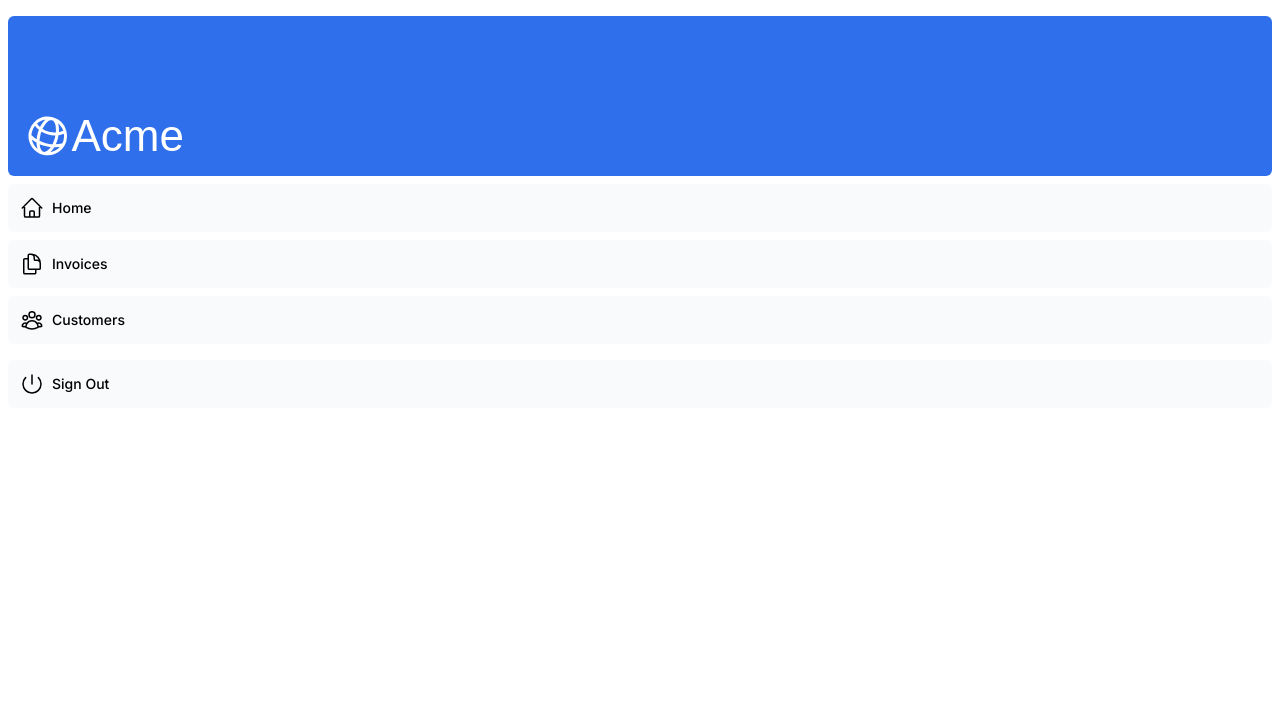
Repository: BhushanPatil-121/dashboard-nextjs
Page: /dashboard/invoices
These files come from the project's save history. The page is drawn as it stood at one moment and after a run of saves; the edit follows.
The browser window is 1280 px wide. The pictures show the whole page.
Some web fonts or font styles are not loaded; a fallback is used. The project was rebuilt for these pictures with package versions that can differ from the ones it lists, and the page was loaded fresh each time. The framework's server and built-in components were replaced by stand-ins that run in the browser. Also part of the build but not shown: next.config.js.

Above is the page before, as saved 2024-02-20 12:50:43.

After the next 3 saves:
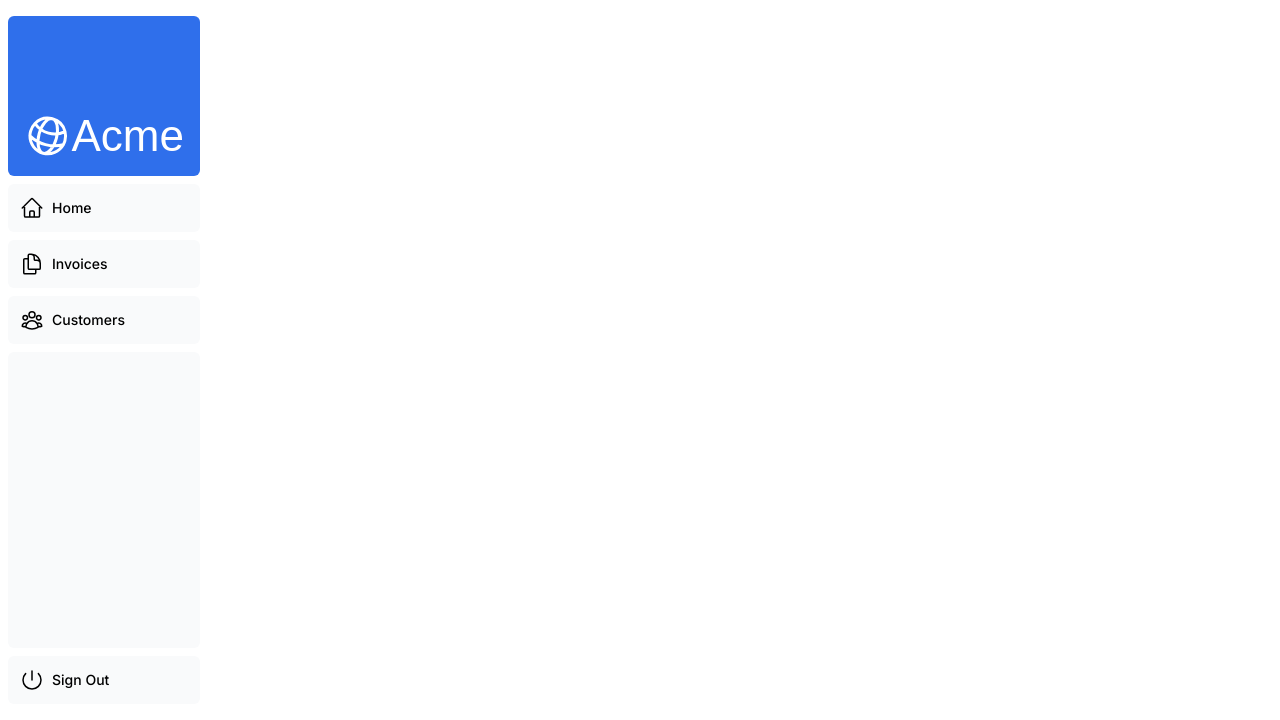
The 3 saves are shown as one change because they came seconds apart.
The last was saved 8 s later.
--- a/app/dashboard/layout.tsx
+++ b/app/dashboard/layout.tsx
@@ -1,7 +1,7 @@
 import SideNav from "../ui/dashboard/sidenav"
 export default function Layout({children}:{children: React.ReactNode}) {
   return (
-    <div className="">
+    <div className="flex h-screen">
         <div>
             <SideNav />
         </div>
